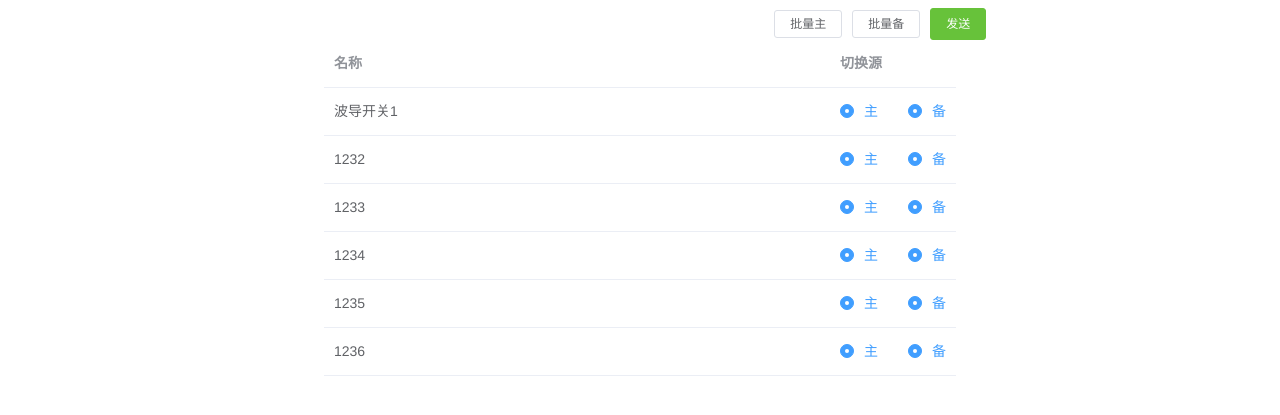
Repository: faintout/BHMQTTSendTool
Page: /
These files come from the project's save history. The page is drawn as it stood at one moment and after the next save; the edit follows.
The browser window is 1280 px wide. The pictures show the whole page.
The project was rebuilt for these pictures with package versions that can differ from the ones it lists, and the page was loaded fresh each time. Also part of the build but not shown: vue.config.js. Imported but missing from the stored project, and not drawn on this page: src/views/About.vue.

Above is the page before, as saved 2020-08-26 14:55:30.

### public/index.html
<!DOCTYPE html>
<html lang="en">
  <head>
    <meta charset="utf-8">
    <meta http-equiv="X-UA-Compatible" content="IE=edge">
    <meta name="viewport" content="width=device-width,initial-scale=1.0">
    <link rel="stylesheet" href="">
    <title></title>
  </head>
  <body>
    <div id="app">

    </div>
    <!-- built files will be auto injected -->
  </body>
</html>

### src/main.js
import Vue from 'vue'
import App from './App.vue'
import router from './router'
import $ from 'jquery'
import ElementUi from 'element-ui'
import 'element-ui/lib/theme-chalk/index.css'
import 'element-ui/lib/theme-chalk/reset.css'

Vue.config.productionTip = false
Vue.use(ElementUi)
new Vue({
  router,
  render: h => h(App)
}).$mount('#app')

### src/views/Home.vue
<template>
  <div class="content">
      <title></title>
          <!-- 按钮模块 -->
    <div style="position: relative;left: calc(50% - 6%);width: 50%;">
       <el-button size="mini" @click="batch(0)">批量主</el-button>
       <el-button size="mini" @click="batch(1)">批量备</el-button>
       <el-button type="success" size="small" @click="sendData">发送</el-button>
    </div>
      <el-table
      v-loading="tableLoading"
      :data="tableData"
       style="width: 50%;position: relative;left: calc(50% - 25%);">
      >
      <el-table-column
          prop="name"
          min-width="4"
        label="名称"
      >
      </el-table-column>
    <el-table-column
        label="切换源"
        min-width="1"

        >
        <template slot-scope="scope">
        <el-radio-group >
            <el-radio  @click="scope.row.enableMaster = 0;scope.row.enableSavle = 1" >主</el-radio>
            <el-radio  @click="scope.row.enableMaster = 1;scope.row.enableSavle = 0" >备</el-radio>
     </el-radio-group>
        </template>
      </el-table-column>

      </el-table>
  </div>

</template>

<script>

export default {
  components:{},
  data(){
    return {
        //表格框加载
        tableLoading:false,
        tableData:[
             {
                id:1,
                name:"波导开关1",
                enableMaster:0,
                enableSavle:0,
                masterData:"",
                savleData:""
             },
            {
                id:2,
                name:'1232',
                enable:1,
                data:'333'
            },
            {
                id:3,
                name:'1233',
                enable:0,
                data:'333'
            },
            {
                id:4,
                name:'1234',
                enable:1,
                data:'333'
            },
            {
                id:5,
                name:'1235',
                enable:1,
                data:'333'
            }
            ,{
                id:6,
                name:'1236',
                enable:0,
                data:'333'
            }
        ]
    }
  },
  watch:{},
  computed:{

  },
  methods:{
      changeItem(item){
          console.log('item',item);
      },
      changItemRadio(item){
          console.log('itemzhixng ');
      },
      //获取所有数据
      getAllMqttData(){

      },
      //数据处理
      dataProcessing(){

      },
      //批量设置
      /**
       * @type 0 主 1 备
       * @Date 2020-08-26 14:13:24
      */
      batch(type){
          this.tableData.forEach(item=>{
              item.enable = type?1:0
          })
      },
      //发送数据
      sendData(){

      }

  },
  mounted(){
      console.log(this.tableData);
  },
  created(){},
}
</script>
<style lang="less" scoped>
</style>

Loaded but not shown: src/App.vue (common file); src/router/index.js (common file)

After the next save:
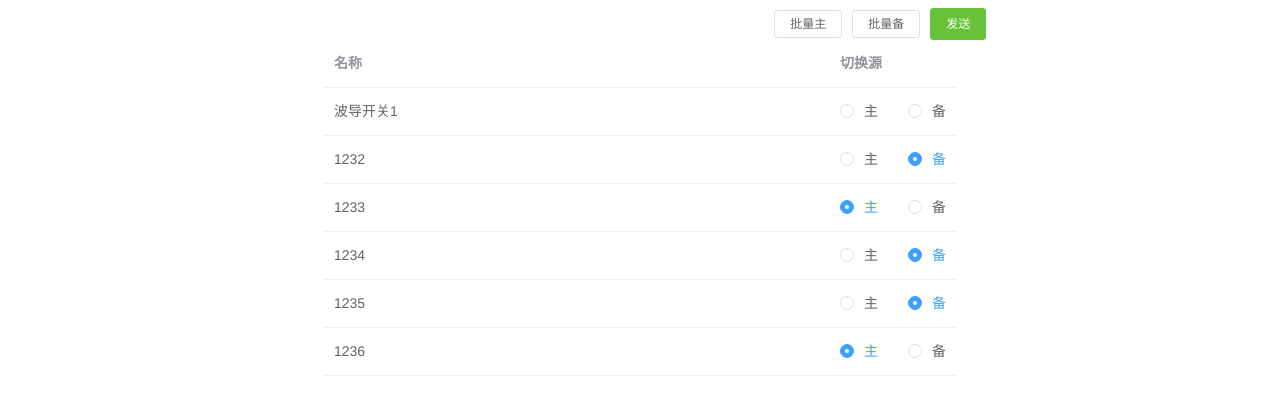
Saved 2 min 24 s later.
--- a/src/views/Home.vue
+++ b/src/views/Home.vue
@@ -24,9 +24,9 @@
 
         >
         <template slot-scope="scope">
-        <el-radio-group >
-            <el-radio  @click="scope.row.enableMaster = 0;scope.row.enableSavle = 1" >主</el-radio>
-            <el-radio  @click="scope.row.enableMaster = 1;scope.row.enableSavle = 0" >备</el-radio>
+        <el-radio-group v-model="scope.row.enable">
+            <el-radio :label="0" @click="scope.row.enable = 0" >主</el-radio>
+            <el-radio :label="1" @click="scope.row.enable = 1" >备</el-radio>
      </el-radio-group>
         </template>
       </el-table-column>
